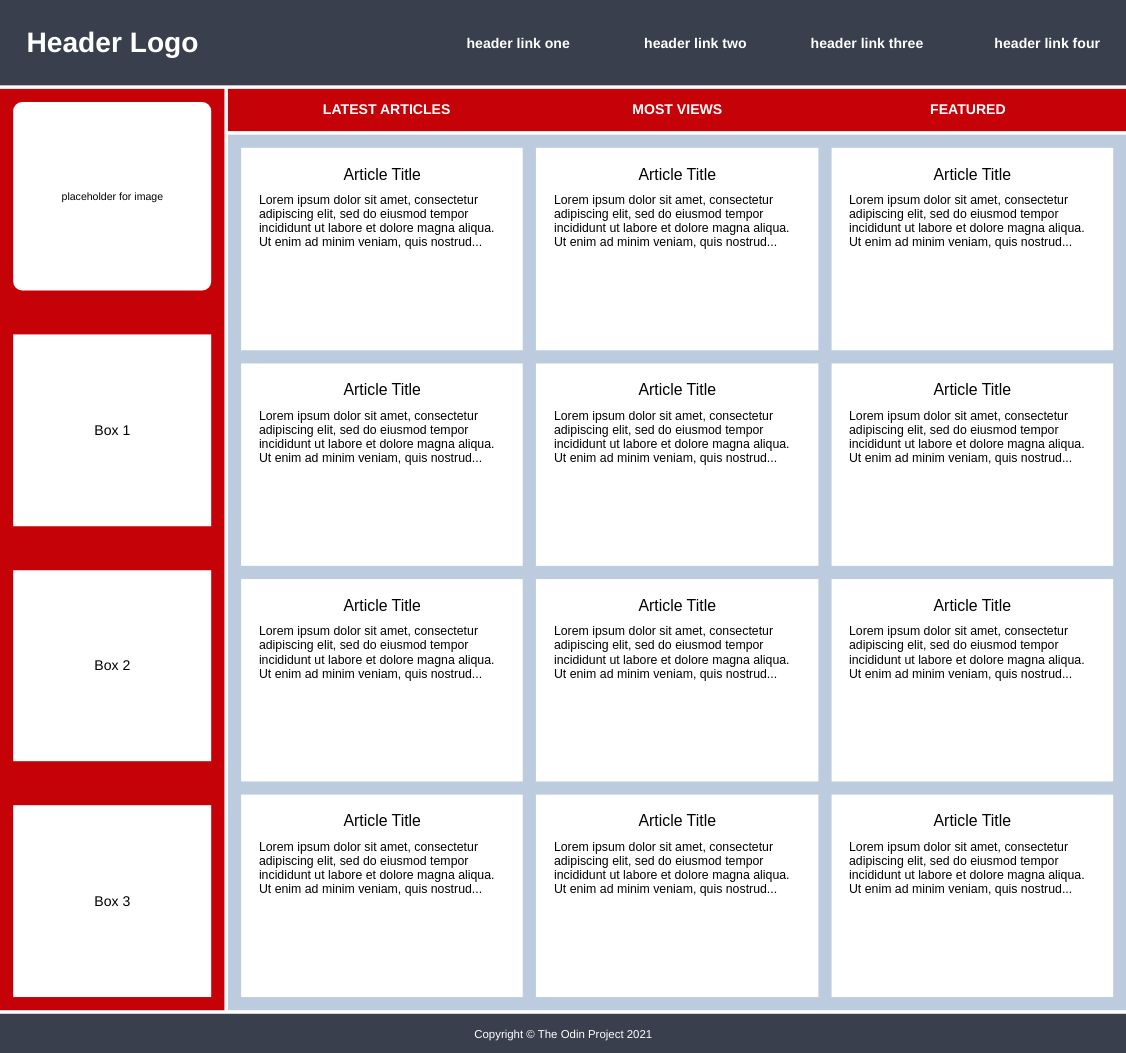
Repository: gkintu/css-exercises
Page: intermediate-html-css/advanced-grid/02-holy-grail-mockup/index.html
The author's editor kept a copy of each file at every save. The page is drawn from the files as they stood at one save, then again after the next save.
The browser window is 1280 px wide. The pictures show the whole page, at 88% of full size.

Above is the page before, as saved 2025-03-04 11:39:26.

### intermediate-html-css/advanced-grid/02-holy-grail-mockup/index.html
<!DOCTYPE html>
<html lang="en">
  <head>
    <meta charset="UTF-8">
    <meta http-equiv="X-UA-Compatible" content="IE=edge">
    <meta name="viewport" content="width=device-width, initial-scale=1.0">
    <title>Holy Grail Mockup</title>
    <link rel="stylesheet" href="style.css">
  </head>
  <body>
    <div class="container">

      <div class="header">
        <div class="logo">Header Logo</div>
        <div class="menu">
          <ul>
            <li>header link one</li>
            <li>header link two</li>
            <li>header link three</li>
            <li>header link four</li>
          </ul>
        </div>
      </div>

      <div class="sidebar">
        <div class="photo">
          <p>placeholder for image</p>
        </div>
        <div class="side-content">Box 1
        </div>
        <div class="side-content">Box 2
        </div>
        <div class="side-content">Box 3
        </div>
      </div>

      <div class="nav">
        <ul>
          <li>Latest Articles</li>
          <li>Most Views</li>
          <li>Featured</li>
        </ul>
      </div>

      <div class="article">
        <div class="card">
          <p class="title">Article Title</p>
          <p>Lorem ipsum dolor sit amet, consectetur adipiscing elit, sed do eiusmod tempor incididunt ut labore et dolore magna aliqua. Ut enim ad minim veniam, quis nostrud...</p>
        </div>
        <div class="card">
          <p class="title">Article Title</p>
          <p>Lorem ipsum dolor sit amet, consectetur adipiscing elit, sed do eiusmod tempor incididunt ut labore et dolore magna aliqua. Ut enim ad minim veniam, quis nostrud...</p>
        </div>
        <div class="card">
          <p class="title">Article Title</p>
          <p>Lorem ipsum dolor sit amet, consectetur adipiscing elit, sed do eiusmod tempor incididunt ut labore et dolore magna aliqua. Ut enim ad minim veniam, quis nostrud...</p>
        </div>
        <div class="card">
          <p class="title">Article Title</p>
          <p>Lorem ipsum dolor sit amet, consectetur adipiscing elit, sed do eiusmod tempor incididunt ut labore et dolore magna aliqua. Ut enim ad minim veniam, quis nostrud...</p>
        </div>
        <div class="card">
          <p class="title">Article Title</p>
          <p>Lorem ipsum dolor sit amet, consectetur adipiscing elit, sed do eiusmod tempor incididunt ut labore et dolore magna aliqua. Ut enim ad minim veniam, quis nostrud...</p>
        </div>
        <div class="card">
          <p class="title">Article Title</p>
          <p>Lorem ipsum dolor sit amet, consectetur adipiscing elit, sed do eiusmod tempor incididunt ut labore et dolore magna aliqua. Ut enim ad minim veniam, quis nostrud...</p>
        </div>
        <div class="card">
          <p class="title">Article Title</p>
          <p>Lorem ipsum dolor sit amet, consectetur adipiscing elit, sed do eiusmod tempor incididunt ut labore et dolore magna aliqua. Ut enim ad minim veniam, quis nostrud...</p>
        </div>
        <div class="card">
          <p class="title">Article Title</p>
          <p>Lorem ipsum dolor sit amet, consectetur adipiscing elit, sed do eiusmod tempor incididunt ut labore et dolore magna aliqua. Ut enim ad minim veniam, quis nostrud...</p>
        </div>
        <div class="card">
          <p class="title">Article Title</p>
          <p>Lorem ipsum dolor sit amet, consectetur adipiscing elit, sed do eiusmod tempor incididunt ut labore et dolore magna aliqua. Ut enim ad minim veniam, quis nostrud...</p>
        </div>
        <div class="card">
          <p class="title">Article Title</p>
          <p>Lorem ipsum dolor sit amet, consectetur adipiscing elit, sed do eiusmod tempor incididunt ut labore et dolore magna aliqua. Ut enim ad minim veniam, quis nostrud...</p>
        </div>
        <div class="card">
          <p class="title">Article Title</p>
          <p>Lorem ipsum dolor sit amet, consectetur adipiscing elit, sed do eiusmod tempor incididunt ut labore et dolore magna aliqua. Ut enim ad minim veniam, quis nostrud...</p>
        </div>
        <div class="card">
          <p class="title">Article Title</p>
          <p>Lorem ipsum dolor sit amet, consectetur adipiscing elit, sed do eiusmod tempor incididunt ut labore et dolore magna aliqua. Ut enim ad minim veniam, quis nostrud...</p>
        </div>
      </div>

      <div class="footer">
        <p>Copyright © The Odin Project 2021</p>
      </div>

    </div>
  </body>
</html>

### intermediate-html-css/advanced-grid/02-holy-grail-mockup/style.css
* {
  margin: 0;
  padding: 0;
}

.container {
  display: grid;
  text-align: center;
  grid-template-columns: 1fr 4fr;
  gap: 4px;
}

.container div {
  padding: 15px;
  font-size: 32px;
  font-family: Helvetica;
  font-weight: bold;
  color: white;
}

.header {

  background-color: #393f4d;
  display: grid;
  grid-column: 1 / 3;
  grid-template-columns: 2fr 4fr;
  align-items: center;

}

.logo {
  justify-self: start;
}

.menu {
  grid-column: 2 / 3;

}

.menu ul {
  display: grid;
  list-style-type: none;
  grid-template-columns: repeat(4, 1fr);
  justify-items: end;
}



.menu ul,
.menu li {
  font-size: 16px;
}

.sidebar {
  background-color: #C50208;
  display:grid;
  gap: 50px;

  grid-column: 1 / 2;
  grid-row: 2/4;
}

.photo,
.side-content {
  display:grid;
  align-items: center;
}

.sidebar .photo {
  background-color: white;
  color: black;
  font-size: 12px;
  font-weight: normal;
  border-radius: 10px;

}


.sidebar .side-content {
  background-color: white;
  color: black;
  font-size: 16px;
  font-weight: normal;
}

.nav {

  background-color: #C50208;
  grid-column: 2 / 3;
  grid-row: 2;
  align-self: start;
}

.nav ul {
  display:grid;
  grid-template-columns: repeat(3, 1fr);

}

.nav ul li {
  font-size: 16px;
  text-transform: uppercase;
  list-style-type: none;
}

.article {

  background-color: #bccbde;
  grid-column: 2 / 3;
  grid-row: 3;
  display:grid;
  grid-template-columns: repeat(auto-fit, minmax(250px, 1fr));
  gap: 15px;

}

.card {
  height: 200px;

}

.article p {
  font-size: 18px;
  font-family: sans-serif;
  color: white;
  text-align: left;
  padding:2px;
}

.article .card {
  background-color: #FFFFFF;
  color: black;
  text-align: center;
}

.card p {
  color: black;
  font-weight: normal;
  font-size: 14px;
  padding: 5px;
}

.card .title {
  font-size: 18px;
  text-align: center;
}

.footer {


  background-color: #393f4d;
  grid-column: 1 / 3;
  grid-row: 4;
}

.footer p {
  font-size: 13px;
  font-weight: normal;
}

After the next save:
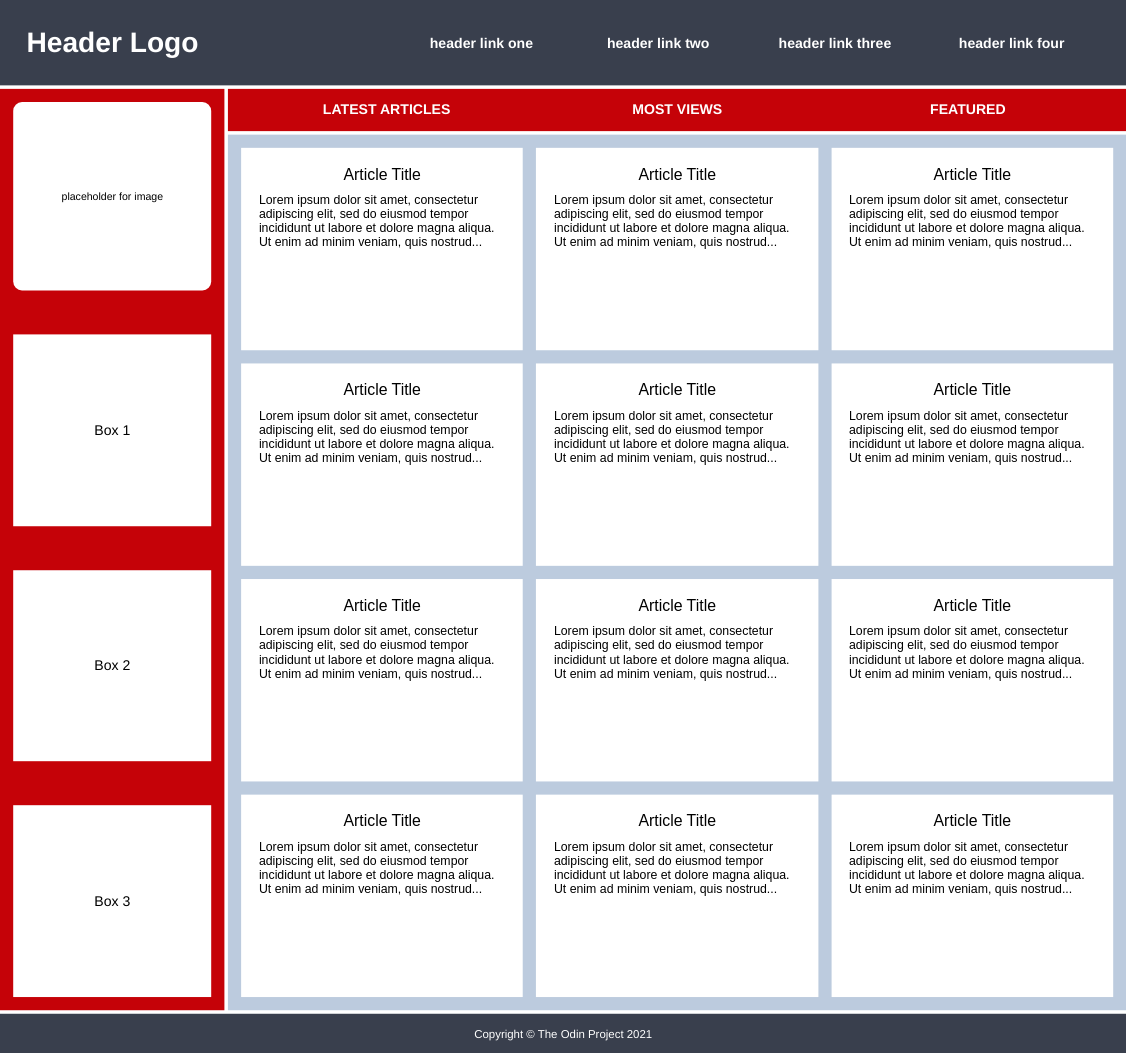
Saved 24 s later.
--- a/intermediate-html-css/advanced-grid/02-holy-grail-mockup/style.css
+++ b/intermediate-html-css/advanced-grid/02-holy-grail-mockup/style.css
@@ -41,7 +41,7 @@
   display: grid;
   list-style-type: none;
   grid-template-columns: repeat(4, 1fr);
-  justify-items: end;
+
 }
 
 
